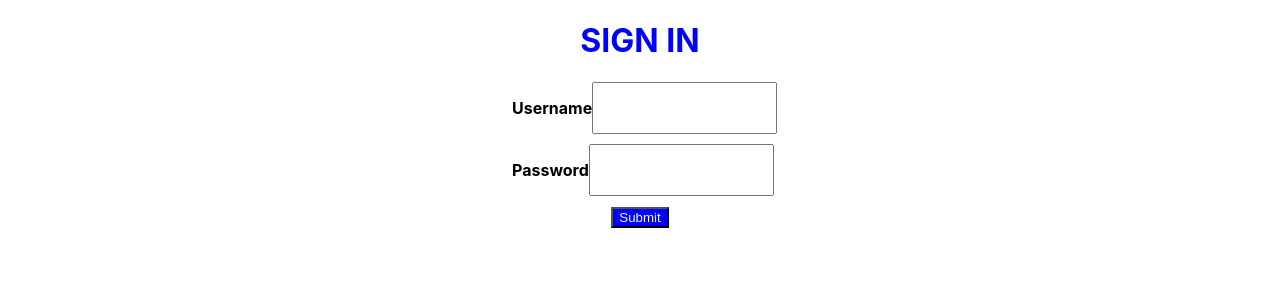
Repository: PreetiToppo/networking
Page: /
The author's editor kept a copy of each file at every save. The page is drawn from the files as they stood at one save, then again after the next save.
The browser window is 1280 px wide. The pictures show the whole page.
The project was rebuilt for these pictures with package versions that can differ from the ones it lists, and the page was loaded fresh each time.

Above is the page before, as saved 2023-01-22 10:55:11.

### public/index.html
<!DOCTYPE html>
<html lang="en">
  <head>
    <meta charset="utf-8" />
    <link rel="icon" href="%PUBLIC_URL%/favicon.ico" />
    <meta name="viewport" content="width=device-width, initial-scale=1" />
    <meta name="theme-color" content="#000000" />
    <meta
      name="description"
      content="Web site created using create-react-app"
    />
    <link rel="apple-touch-icon" href="%PUBLIC_URL%/logo192.png" />
    <!--
      manifest.json provides metadata used when your web app is installed on a
      user's mobile device or desktop. See https://developers.google.com/web/fundamentals/web-app-manifest/
    -->
    <link rel="manifest" href="%PUBLIC_URL%/manifest.json" />
    <!--
      Notice the use of %PUBLIC_URL% in the tags above.
      It will be replaced with the URL of the `public` folder during the build.
      Only files inside the `public` folder can be referenced from the HTML.

      Unlike "/favicon.ico" or "favicon.ico", "%PUBLIC_URL%/favicon.ico" will
      work correctly both with client-side routing and a non-root public URL.
      Learn how to configure a non-root public URL by running `npm run build`.
    -->
    <title>Let's Connect</title>
  </head>
  <body>
    <noscript>You need to enable JavaScript to run this app.</noscript>
    <div id="root"></div>
    <!--
      This HTML file is a template.
      If you open it directly in the browser, you will see an empty page.

      You can add webfonts, meta tags, or analytics to this file.
      The build step will place the bundled scripts into the <body> tag.

      To begin the development, run `npm start` or `yarn start`.
      To create a production bundle, use `npm run build` or `yarn build`.
    -->
  </body>
</html>

### src/index.js
import React from 'react';
import ReactDOM from 'react-dom/client';
import './index.css';
import App from './App';
import reportWebVitals from './reportWebVitals';

const root = ReactDOM.createRoot(document.getElementById('root'));
root.render(
  <React.StrictMode>
   <App />
  </React.StrictMode>
);

// If you want to start measuring performance in your app, pass a function
// to log results (for example: reportWebVitals(console.log))
// or send to an analytics endpoint. Learn more: https://bit.ly/CRA-vitals
reportWebVitals();

### src/App.js
import "./App.css"
import React,{useState} from 'react';

function App() {
const [data,setData] = useState({
  username:"",
  password:""
})

const {username,password} = data;

const changeHandler = e => {
  setData({...data,[e.target.name]:[e.target.value]});
}

const submitHandler = e => {
  e.preventDefault();
  console.log(data);
}
  return (
    <div>
      <center>
      <h1>SIGN IN</h1>
      <form onSubmit={submitHandler}>
      <div className="name">
        <p>Username</p>
        <input type="text" name="username" value={username} onChange={changeHandler}/><br/>
      </div>
      <div className="pass">
        <p>Password</p>
        <input type="password" name="password" value={password} onChange={changeHandler}/><br/>
      </div>
      <input className="button" type="submit" name="submit"/>
      </form>
      </center>
    </div>

  );
}

export default App;

### src/App.css
.App{
  background-color: aquamarine;
}
.name {
  display: flex;
  margin-left: 40%;
  margin-bottom:10px;
}

.pass {
  display: flex;
  margin-left: 40%;
  margin-bottom:10px;
}

p{
  font-weight: bold;
}

.button{
  color: beige;
  background-color: blue;
}

h1{
  color: blue;
}

Loaded but not shown: src/index.css (common file); src/reportWebVitals.js (common file)

After the next save:
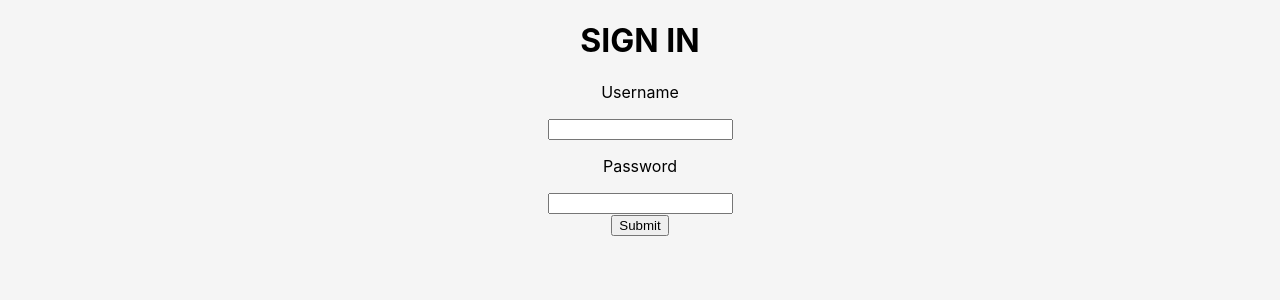
Saved 4 min 22 s later.
--- a/src/App.css
+++ b/src/App.css
@@ -1,27 +1,4 @@
-.App{
-  background-color: aquamarine;
+body {
+  margin: 0;
+  background-color: whitesmoke;
 }
-.name {
-  display: flex;
-  margin-left: 40%;
-  margin-bottom:10px;
-}
-
-.pass {
-  display: flex;
-  margin-left: 40%;
-  margin-bottom:10px;
-}
-
-p{
-  font-weight: bold;
-}
-
-.button{
-  color: beige;
-  background-color: blue;
-}
-
-h1{
-  color: blue;
-}
